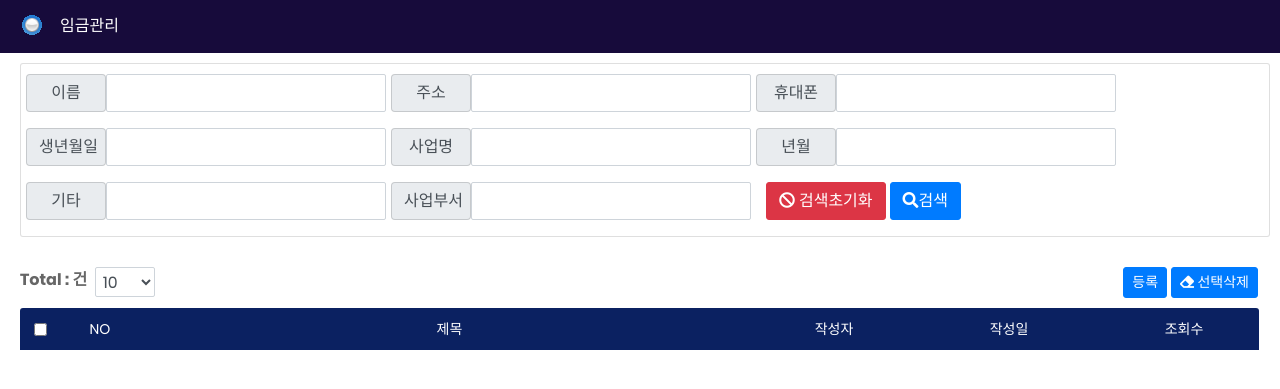
Repository: kimnamgu/GangNamGu
Page: http://localhost/manpower/WEB-INF/jsp/manage/paymentMng.jsp
An editor plug-in stored every save of this project. The page is shown before and after the next save, followed by the edit.
The browser window is 1280 px wide. The pictures show the whole page.
The page is served by Tomcat 9. Nobody is signed in. Other server files are loaded and not shown. The template is opened directly, without the code that normally fills it, so the values that code supplies are empty.

Above is the page before, as saved 2020-11-04 01:51:23.
Console error: TypeError: Cannot read properties of undefined (reading 'replace')

### manpower/src/main/webapp/WEB-INF/jsp/manage/paymentMng.jsp
<%@ page language="java" contentType="text/html; charset=UTF-8"	pageEncoding="UTF-8"%>
<html>
<head>
<%@ include file="/WEB-INF/include/include-header.jspf"%>


<script type="text/javascript">
	var user_right = "${sessionScope.userinfo.userright}";

	$(document).ready(function() {

		//from
		$("#FROM_DATE").datepicker({

			dateFormat: 'yy-mm-dd',
			monthNamesShort: ['1월','2월','3월','4월','5월','6월','7월','8월','9월','10월','11월','12월'],
		    dayNamesMin: ['일','월','화','수','목','금','토'],
			changeMonth: true, //월변경가능
		    changeYear: true, //년변경가능
			showMonthAfterYear: true //년 뒤에 월 표시
		});

		//to
		$("#TO_DATE").datepicker({

			dateFormat: 'yy-mm-dd',
			monthNamesShort: ['1월','2월','3월','4월','5월','6월','7월','8월','9월','10월','11월','12월'],
		    dayNamesMin: ['일','월','화','수','목','금','토'],
			changeMonth: true, //월변경가능
		    changeYear: true, //년변경가능
			showMonthAfterYear: true //년 뒤에 월 표시
		});

		//검색초기화
		fn_initial_setting();

		fn_selectDomesticContactList(1);

		$("#NAME").keydown(function (key) {

			if(key.keyCode == 13){//키가 13이면 실행 (엔터는 13)
				$("#PAGE_INDEX").val("1");
				fn_selectDomesticContactList(1);
			}
		});

		$("#search").on("click", function(e){ //검색 버튼
			e.preventDefault();
			fn_selectDomesticContactList(1);
		});

		$("#DISP_CNT").change(function(){
			$("#RECORD_COUNT").val($("#DISP_CNT option:selected").val());
			fn_selectDomesticContactList(1);
		});

		$("#initial").on("click", function(e){ //초기화 버튼
			e.preventDefault();
			$("#form1").each(function() {
				fn_initial_setting();
		    });
		});

		//전체 선택시
		$('input[name=_selected_all_]').on('change', function(){
			$('input[name=_selected_]').prop('checked', this.checked);
		});


		$("#delete").on("click", function(e){ //초기화 버튼
			e.preventDefault();
			delChkRow();
		});


	});

	function fromDate_icon(){
		//from
		$("#FROM_DATE").focus();

	}

	function toDate_icon(){
		//to
		$("#TO_DATE").focus();
	}


	//선택 로우 삭제
    function delChkRow() {

    	var arr = $('input[name=_selected_]:checked').serializeArray().map(function(item) { return item.value });

		var checkedValue = [];
		$('input[name=_selected_]:checked').each(function(index, item){
			checkedValue.push($(item).val());
		});


		if (arr.length ==0 ) {
			alert("선택된 로우가 없습니다.");
			return false;
		}

		if (confirm("선택 항목을 삭제 하시겠습니까?")) {

			//견적서 파일 삭제

			$.ajax({
		        type: "post",
		        url : "/corona/manage/deleteDomesticChk.do",
		        data: {
		        	val:checkedValue
		        },
		        contentType : "application/x-www-form-urlencoded; charset=utf-8",

		        success:function (data) {//추천성공
		        	alert("삭제가 완료되었습니다.");
		        	fn_selectDomesticContactList(1);
	            },

		        error: function (data) {//추천실패
		        	alert("삭제가 실패 하였습니다.관리자에게 문의 바랍니다.");
	            }
	     	});

		}
	}

	//수정화면가기
	function fn_updateDomestic(UID) {
		var comSubmit = new ComSubmit();

		comSubmit.setUrl("<c:url value='/write/updateDomesticView.do' />");
		comSubmit.addParam("ID", UID);
		comSubmit.submit();
	}


	//검색초기화
	function fn_initial_setting(){
		//From의 초기값을 오늘 날짜로 설정
	    $('#FROM_DATE').datepicker('setDate', '-1M'); //(-1D:하루전, -1M:한달전, -1Y:일년전), (+1D:하루후, -1M:한달후, -1Y:일년후)
	    //To의 초기값을 내일로 설정
	    $('#TO_DATE').datepicker('setDate', 'today'); //(-1D:하루전, -1M:한달전, -1Y:일년전), (+1D:하루후, -1M:한달후, -1Y:일년후)

	    $("#RECORD_COUNT").val($("#DISP_CNT option:selected").val());
		$("#PAGE_INDEX").val("1");

		$("#NAME").val("");
	}


	function fn_selectDomesticContactList(pageNo){
		var comAjax = new ComAjax();
		comAjax.setUrl("<c:url value='/manage/selectDomesticContactList.do' />");
		comAjax.addParam("PAGE_INDEX",pageNo);
		comAjax.addParam("PAGE_ROW", $("#RECORD_COUNT").val());
		comAjax.addParam("name", $("#NAME").val());

		comAjax.addParam("from_date", $("#FROM_DATE").val().replace(/-/gi, ""));
		comAjax.addParam("to_date", $("#TO_DATE").val().replace(/-/gi, ""));
		comAjax.setCallback("fn_selectDomesticContactListCallback");

		comAjax.ajax();
	}


	function fn_selectDomesticContactListCallback(data){
		var total = data.total;
		var body = $("#mytable");
		var recordcnt = $("#RECORD_COUNT").val();


		$("#tcnt").text(comma(total));

		body.empty();
		if(total == 0){
			var str = "<tr>" +
				  "<td colspan='32' style='text-align:center;'>조회된 결과가 없습니다.</td>" +
				  "</tr>";
			body.append(str);
		}
		else{
			var params = {
				divId : "PAGE_NAVI",
				pageIndex : "PAGE_INDEX",
				totalCount : total,
				recordCount : recordcnt,
				eventName : "fn_selectDomesticContactList"
			};
			gfn_renderPaging(params);

			var str = "";
			var t_str = "";
			var tr_class = "";
			var jsonData = null;
			var jsonStr = null;

			$.each(data.list, function(key, value){
				       t_str = "";

				       if ((value.RNUM % 2) == 0 )
							tr_class = "tr1";
					   else
							tr_class = "tr2";


				       str += "<tr class='" + tr_class + "'>" +
				       			   "<td><input type='checkbox' name='_selected_' value='"+value.ID+"'></td>" +
								   "<td align='center' style='color:#444444;'>" + value.RNUM + "</td>" +
								   "<td width=90 align='center' style='color:#444444;word-break:break-all;'><span class='status--denied'>" + formatDate(NvlStr(value.WRITE_DATE), ".") + "</span></td>" +
								   "<td align='center' style='color:#444444;'>" + hp_format(NvlStr(value.CELL_NUM)) + "</td>" +
								   "<td align='center' style='color:blue;'>" +
								   "	<a href='javascript:void(0);' onclick='fn_updateDomestic("+ value.ID +")' name='NAME'>" + NvlStr(value.NAME) + "</a>"+
								   "</td>" +
								   "<td align='center' style='color:#444444;'>" + NvlStr(value.SEX) + "</td>" +
								   "<td align='center' style='color:#444444;'>" + NvlStr(value.BIRTH) + "</td>" +
								   "<td align='center' style='color:#444444;'>" + NvlStr(value.JOB) + "</td>" +
								   "<td align='center' style='color:#444444;'>" + NvlStr(value.SELF_ISO_AREA_DONG) + "</td>" +
								   "<td align='center' style='color:#444444;'>" + NvlStr(value.SELF_ISO_AREA_ADDRESS) + "</td>" +
								   "<td align='center' style='color:#444444;'>" + NvlStr(value.SELF_ISO_AREA_ADDRESS_DTL) + "</td>" +
								   "<td align='center' style='color:#444444;'>" + NvlStr(value.PATIENT_NUM) + "</td>" +
								   "<td align='center' style='color:#444444;'>" + NvlStr(value.PATIENT_NAME) + "</td>" +
								   "<td align='center' style='color:#444444;'>" + NvlStr(value.CONTACT_NUM) + "</td>" +
								   "<td align='center' style='color:#444444;'>" + NvlStr(value.CONTACT_NAME) + "</td>" +
								   "<td align='center' style='color:#444444;'>" + NvlStr(value.FINAL_CONTACT) + "</td>" +
								   "<td align='center' style='color:#444444;'>" + NvlStr(value.MONITOR_START) + "</td>" +
								   "<td align='center' style='color:#444444;'>" + NvlStr(value.MONITOR_END) + "</td>" +
								   "<td align='center' style='color:#444444;'>" + NvlStr(value.CONTACT_ADDRESS) + "</td>" +
								   "<td align='center' style='color:#444444;'>" + NvlStr(value.CONTACT_TYPE) + "</td>" +
								   "<td align='center' style='color:#444444;'>" + NvlStr(value.CONTACT_GUBUN) + "</td>" +
								   "<td align='center' style='color:#444444;'>" + NvlStr(value.PATIENT_YN) + "</td>" +
								   "<td align='center' style='color:#444444;'>" + NvlStr(value.BALGUB_YN) + "</td>" +
								   "<td align='center' style='color:#444444;'>" + NvlStr(value.DAMDANG_DEPART) + "</td>" +
								   "<td align='center' style='color:#444444;'>" + NvlStr(value.DAMDANG_CLASS) + "</td>" +
								   "<td align='center' style='color:#444444;'>" + NvlStr(value.DAMDANG_POSITION) + "</td>" +
								   "<td align='center' style='color:#444444;'>" + NvlStr(value.DAMDANG_NAME) + "</td>" +
								   "<td align='center' style='color:#444444;'>" + NvlStr(value.DAMDANG_CALL) + "</td>" +
							   "</tr>";

			});
			body.append(str);
		}
	}


	//엑셀 업로드
	function check() {
		var file = $("#excelFile").val();

		if (file == "" || file == null) {
			alert("파일을 선택해주세요.");
			return false;
		} else if (!checkFileType(file)) {
			alert("엑셀 파일만 업로드 가능합니다.");
			return false;
		}

		if (confirm("업로드시 병합된 셀이 있으면 해제해 주셔야 합니다.\n업로드 하시겠습니까?")) {

			var options = {
				success : function(data) {
					if(data.resultMap.rtn == 1){
						alert("모든 데이터가 업로드 되었습니다.");
						fn_selectDomesticContactList(1);
					}else{
						alert(data.resultMap.err_msg+"\n\n" + data.resultMap.err_msg_dtl);
					}

				},
				type : "POST"
			};

			$("#excelUploadForm").ajaxSubmit(options);

		}
	}

	//엑셀 형식인지 확인
	function checkFileType(filePath) {
		var fileFormat = filePath.split(".");

		if (fileFormat.indexOf("xls") > -1 || fileFormat.indexOf("xlsx") > -1) {
			return true;
		} else {
			return false;
		}
	}

	//샘플다운로드
	function fn_sampleDownload(gubun){
		var comSubmit = new ComSubmit();
		comSubmit.setUrl("<c:url value='/common/downloadSampleFile.do' />");
		comSubmit.addParam("gubun", gubun);
		comSubmit.submit();
	}

	//엑셀 다운로드
	function doExcelDownloadProcess(mappingValue){
		alert("다운로드 되는 엑셀은 조회조건에 영향을 받습니다.");

		$("input[name=name]", "form[name=excelDown]").val($("#NAME").val());
		$("input[name=from_date]", "form[name=excelDown]").val($("#FROM_DATE").val().replace(/-/gi, ""));
		$("input[name=to_date]", "form[name=excelDown]").val($("#TO_DATE").val().replace(/-/gi, ""));

	    var f = document.excelDown;
	    f.action = mappingValue;
	    f.submit();
	}
</script>
</head>

<body>

<form id="form1" name="form1">
<input type="hidden" id="USER_ID" name="USER_ID" value="${sessionScope.userinfo.userId}">
<c:set var="u_rt" value="${sessionScope.userinfo.userright}"/>


<div style="background-color:#170B3B;color:white; margin-bottom:10px; width: 100%;">
	<a href="#this" class="btn" id="logout">
		<img src="/manpower/images/popup_title.gif" align="absmiddle">
	</a>임금관리
</div>



<div style="width:100%;padding-left:20px;padding-right:10px;">
	<div class="card" style="width:100%;display: inline-block;padding-top:10px;">
		<form action="" method="post">
			<div class="card-body card-block">
				<div>
					<div class="form-group" style="width: 360;float:left;margin-left:5px;">
						<div class="input-group">
							<div class="input-group-addon" style="width: 80px;">이름</div>
							<input type="text" id="NAME" name="NAME" value="" class="form-control">
						</div>
					</div>

					<div class="form-group" style="width: 360;float:left;margin-left:5px;">
						<div class="input-group">
							<div class="input-group-addon" style="width: 80px;">주소</div>
							<input type="text" id="NAME" name="NAME" value="" class="form-control">
						</div>
					</div>

					<div class="form-group" style="width: 360;float:left;margin-left:5px;">
						<div class="input-group">
							<div class="input-group-addon" style="width: 80px;">휴대폰</div>
							<input type="text" id="NAME" name="NAME" value="" class="form-control">
						</div>
					</div>

					<div class="form-group" style="width: 360;float:left;margin-left:5px;">
						<div class="input-group">
							<div class="input-group-addon" style="width: 80px;">생년월일</div>
							<input type="text" id="NAME" name="NAME" value="" class="form-control">
						</div>
					</div>

					<div class="form-group" style="width: 360;float:left;margin-left:5px;">
						<div class="input-group">
							<div class="input-group-addon" style="width: 80px;">사업명</div>
							<input type="text" id="NAME" name="NAME" value="" class="form-control">
						</div>
					</div>

					<div class="form-group" style="width: 360;float:left;margin-left:5px;">
						<div class="input-group">
							<div class="input-group-addon" style="width: 80px;">년월</div>
							<input type="text" id="NAME" name="NAME" value="" class="form-control">
						</div>
					</div>

					<div class="form-group" style="width: 360;float:left;margin-left:5px;">
						<div class="input-group">
							<div class="input-group-addon" style="width: 80px;">기타</div>
							<input type="text" id="NAME" name="NAME" value="" class="form-control">
						</div>
					</div>

					<div class="form-group" style="width: 360;float:left;margin-left:5px;">
						<div class="input-group">
							<div class="input-group-addon" style="width: 80px;">사업부서</div>
							<input type="text" id="NAME" name="NAME" value="" class="form-control">
						</div>
					</div>
				</div>
			</div>
			<div class="form-actions form-group">
				<div style="float: left;margin-left:15px;">
					<a href="#this" class="btn btn-danger" id="initial"><i class="fa fa-ban"></i> 검색초기화</a>
					<a href="#this" class="btn btn-primary" id="search"><i class="fa fa-search"></i>검색</a>
				</div>
			</div>
		</form>
	</div>
</div>

	<div style="float: left;margin-left:20px;">
		<div style="float: left;">
			<b>Total : <span id="tcnt"></span> 건</b> &nbsp;
		</div>
		<div style="float: left;">
			<select id="DISP_CNT" name="DISP_CNT" class="form-control" style="width:60px!important;height:30px;padding:3px;">
	           	<option value="10">10</option>
	           	<option value="20">20</option>
				<option value="50">50</option>
			</select>
		</div>
	</div>

</form>

<div class="contents" style="float:right;margin-right:22px;margin-bottom:10px;">
	<a href="/corona/write/domesticWrite.do" class="btn btn-primary btn-sm" id="insert">등록</a>
	<a href="#this" class="btn btn-primary btn-sm" id="delete"><i class="fa fa-eraser"></i> 선택삭제</a>
</div>
<div align="left" style="width:100%;padding-right:20px;">
	<div  style="margin-left:20px;" align="center">
		<div class="table-responsive m-b-40">
			 <table class="table table-borderless table-data3" id="selectable">
			     <thead style="background-color:#0B2161;">
			        <tr align="center">
			        		<th style="width: 40px;"><input type="checkbox" name="_selected_all_"></th>
							<th style="width: 80px;">NO</th>
							<th>제목</th>
							<th style="width: 150px;">작성자</th>
							<th style="width: 200px;">작성일</th>
							<th style="width: 150px;">조회수</th>
						</tr>
			      </thead>
			      <tbody id='mytable'>
			      </tbody>
		      </table>
	      </div>
	</div>

	<div id="PAGE_NAVI" align='center'></div>
	<input type="hidden" id="PAGE_INDEX" name="PAGE_INDEX"/>
	<input type="hidden" id="RECORD_COUNT" name="RECORD_COUNT" value="20"/>

</div>

	<%@ include file="/WEB-INF/include/include-body.jspf" %>




</body>
</html>

### manpower/src/main/webapp/WEB-INF/include/include-header.jspf
<%@ taglib prefix="c" uri="http://java.sun.com/jsp/jstl/core" %>
<%@ taglib prefix="fn" uri="http://java.sun.com/jsp/jstl/functions" %>
<%@ taglib prefix="fmt" uri="http://java.sun.com/jsp/jstl/fmt" %>
<!--
<link rel="stylesheet" type="text/css" href="/manpower/css/common.css" />
<link rel="stylesheet" type="text/css" href="/manpower/css/skin01.css" />
<link rel="stylesheet" type="text/css" href="/manpower/css/import.css" />
<link rel="stylesheet" type="text/css" href="/manpower/css/manpower.css" />
 -->



<!-- Fontfaces CSS-->
<link href="/manpower/bootstrap/css/font-face.css" rel="stylesheet" media="all">
<link href="/manpower/bootstrap/vendor/font-awesome-4.7/css/font-awesome.min.css" rel="stylesheet" media="all">
<link href="/manpower/bootstrap/vendor/font-awesome-5/css/fontawesome-all.min.css" rel="stylesheet" media="all">
<link href="/manpower/bootstrap/vendor/mdi-font/css/material-design-iconic-font.min.css" rel="stylesheet" media="all">

<!-- Bootstrap CSS-->
<link href="/manpower/bootstrap/vendor/bootstrap-4.1/bootstrap.min.css" rel="stylesheet" media="all">

<!-- Vendor CSS-->
<link href="/manpower/bootstrap/vendor/animsition/animsition.min.css" rel="stylesheet" media="all">
<link href="/manpower/bootstrap/vendor/bootstrap-progressbar/bootstrap-progressbar-3.3.4.min.css" rel="stylesheet" media="all">
<link href="/manpower/bootstrap/vendor/wow/animate.css" rel="stylesheet" media="all">
<link href="/manpower/bootstrap/vendor/css-hamburgers/hamburgers.min.css" rel="stylesheet" media="all">
<link href="/manpower/bootstrap/vendor/slick/slick.css" rel="stylesheet" media="all">
<link href="/manpower/bootstrap/vendor/select2/select2.min.css" rel="stylesheet" media="all">
<link href="/manpower/bootstrap/vendor/perfect-scrollbar/perfect-scrollbar.css" rel="stylesheet" media="all">

<!-- Main CSS-->
<link href="/manpower/bootstrap/css/theme.css" rel="stylesheet" media="all">




<!-- Jquery JS-->
<script src="/manpower/bootstrap/vendor/jquery-3.2.1.min.js"></script>
<!-- Bootstrap JS-->
<script src="/manpower/bootstrap/vendor/bootstrap-4.1/popper.min.js"></script>
<script src="/manpower/bootstrap/vendor/bootstrap-4.1/bootstrap.min.js"></script>
<!-- Vendor JS       -->
<script src="/manpower/bootstrap/vendor/slick/slick.min.js">
</script>
<script src="/manpower/bootstrap/vendor/wow/wow.min.js"></script>
<script src="/manpower/bootstrap/vendor/animsition/animsition.min.js"></script>
<script src="/manpower/bootstrap/vendor/bootstrap-progressbar/bootstrap-progressbar.min.js">
</script>
<script src="/manpower/bootstrap/vendor/counter-up/jquery.waypoints.min.js"></script>
<script src="/manpower/bootstrap/vendor/counter-up/jquery.counterup.min.js">
</script>
<script src="/manpower/bootstrap/vendor/circle-progress/circle-progress.min.js"></script>
<script src="/manpower/bootstrap/vendor/perfect-scrollbar/perfect-scrollbar.js"></script>
<script src="/manpower/bootstrap/vendor/chartjs/Chart.bundle.min.js"></script>
<script src="/manpower/bootstrap/vendor/select2/select2.min.js">
</script>

<!-- Main JS-->
<script src="/manpower/bootstrap/js/main.js"></script>

<!-- jQuery -->
<link rel="stylesheet" type="text/css" href="/manpower/css/jquery-ui.css" />
<!-- <script src="http://code.jquery.com/jquery.min.js"></script>-->
<script type="text/javascript" src="<c:url value='/js/jquery.min.js'/>"></script>
<script type="text/javascript" src="<c:url value='/js/jquery-ui.js'/>"></script>
<script type="text/javascript" src="<c:url value='/js/jquery.cookie.js'/>"></script>
<script type="text/javascript" src="<c:url value='/js/jquery.form.js'/>"></script>
<script src="<c:url value='/js/common.js'/>" charset="utf-8"></script>

### manpower/src/main/webapp/WEB-INF/include/include-body.jspf
<%@ page pageEncoding="utf-8"%>
<form id="commonForm" name="commonForm"></form>

Loaded but not shown: manpower/src/main/webapp/bootstrap/css/theme.css (library); manpower/src/main/webapp/css/jquery-ui.css (library); manpower/src/main/webapp/js/jquery.min.js (library); manpower/src/main/webapp/js/jquery-ui.js (library); manpower/src/main/webapp/js/jquery.cookie.js (library); manpower/src/main/webapp/js/jquery.form.js (library); manpower/src/main/webapp/bootstrap/js/main.js (1670 lines, source omitted); manpower/src/main/webapp/js/common.js (515 lines, source omitted); manpower/src/main/webapp/bootstrap/css/font-face.css (234 lines, source omitted)

After the next save:
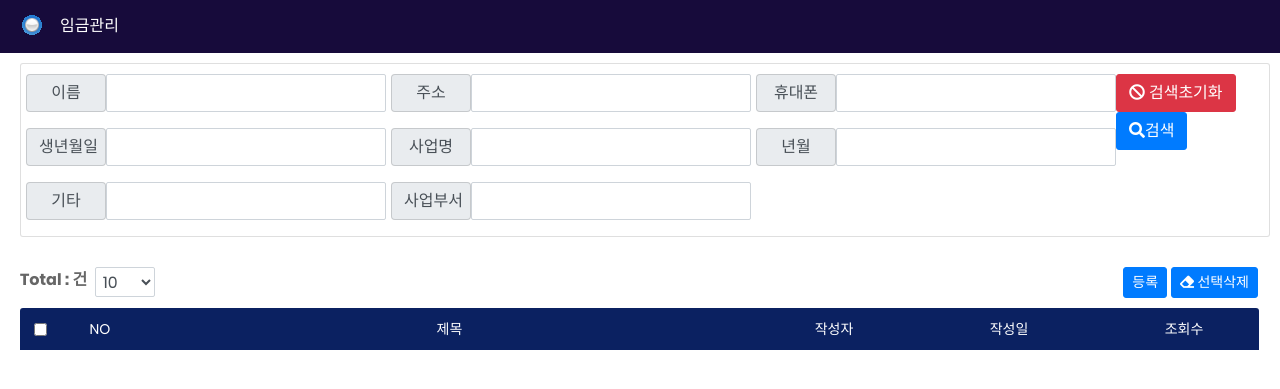
Saved 18 s later.
--- a/manpower/src/main/webapp/WEB-INF/jsp/manage/paymentMng.jsp
+++ b/manpower/src/main/webapp/WEB-INF/jsp/manage/paymentMng.jsp
@@ -390,7 +390,7 @@
 				</div>
 			</div>
 			<div class="form-actions form-group">
-				<div style="float: left;margin-left:15px;">
+				<div style="margin-left:15px;">
 					<a href="#this" class="btn btn-danger" id="initial"><i class="fa fa-ban"></i> 검색초기화</a>
 					<a href="#this" class="btn btn-primary" id="search"><i class="fa fa-search"></i>검색</a>
 				</div>

After the save that followed:
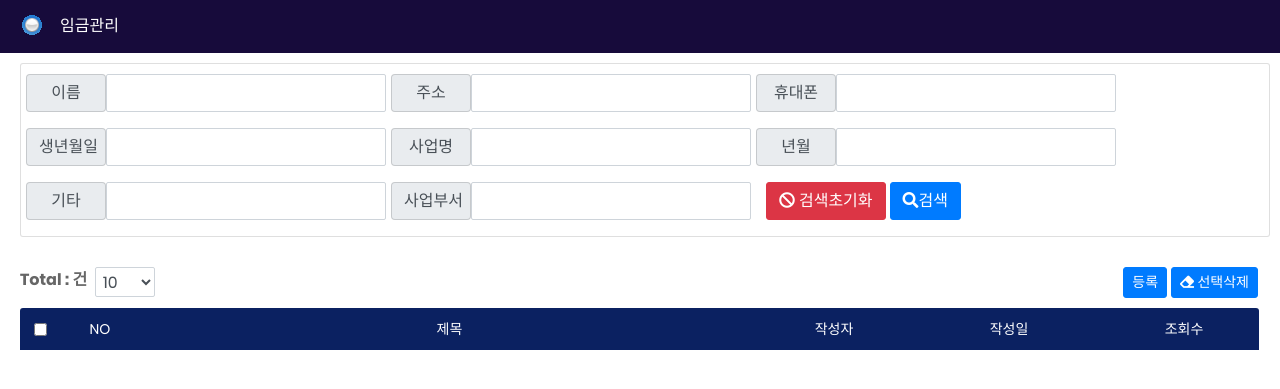
Saved 10 s later.
--- a/manpower/src/main/webapp/WEB-INF/jsp/manage/paymentMng.jsp
+++ b/manpower/src/main/webapp/WEB-INF/jsp/manage/paymentMng.jsp
@@ -390,7 +390,7 @@
 				</div>
 			</div>
 			<div class="form-actions form-group">
-				<div style="margin-left:15px;">
+				<div style="float: left;margin-left:15px;">
 					<a href="#this" class="btn btn-danger" id="initial"><i class="fa fa-ban"></i> 검색초기화</a>
 					<a href="#this" class="btn btn-primary" id="search"><i class="fa fa-search"></i>검색</a>
 				</div>
